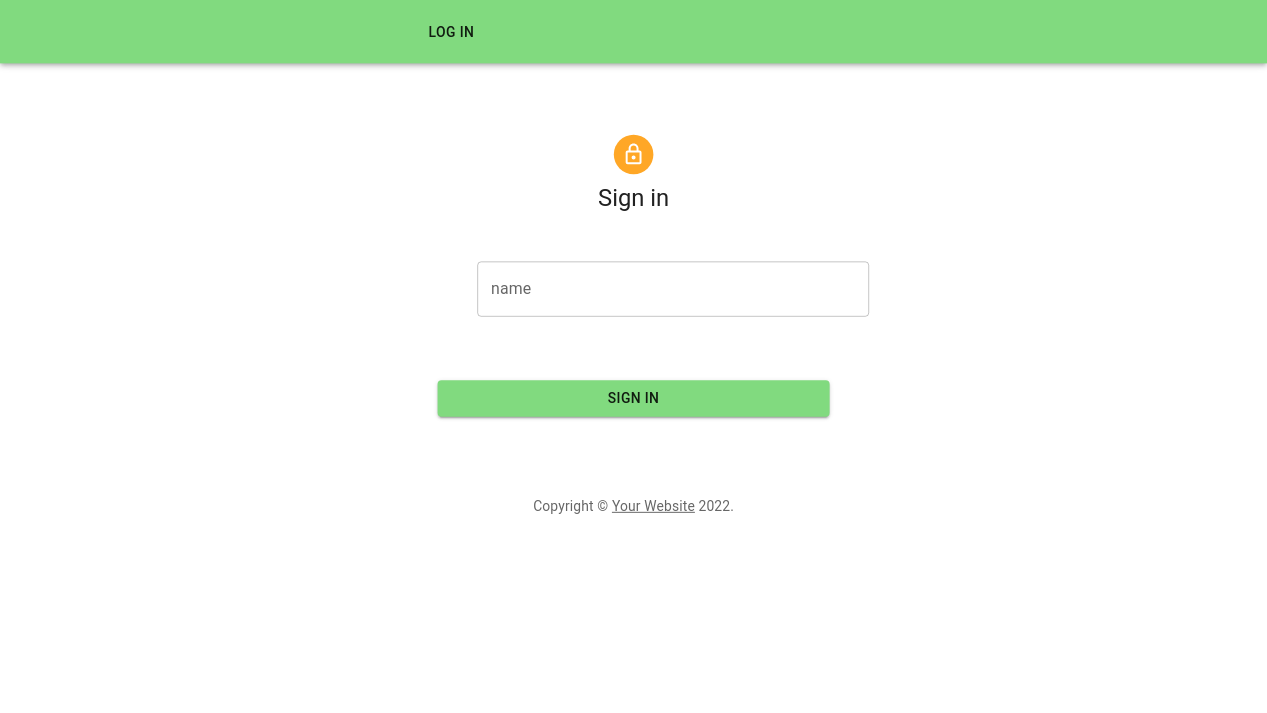
Repository: motohiro0410/motsufood
Page: /signin (app in frontend/)
An editor plug-in stored every save of this project. The page is shown before and after the next save, followed by the edit.
The browser window is 1280 px wide. The pictures show the whole page, at 99% of full size.
The project was rebuilt for these pictures with package versions that can differ from the ones it lists, and the page was loaded fresh each time. Also part of the build but not shown: frontend/src/components/pages/Login.tsx, frontend/src/components/organisms/Footer.tsx, frontend/src/components/organisms/MainHeader.tsx, frontend/src/components/organisms/UserDetailModal.tsx, frontend/src/apis/useCreateCount.ts, frontend/src/components/pages/Count.tsx, frontend/src/components/pages/Money.tsx, frontend/src/components/organisms/GroupHeader.tsx and 8 more.

Above is the page before, as saved 2022-08-21 23:40:53.

### frontend/src/App.tsx
import { BrowserRouter } from "react-router-dom";

import { Router } from "./router/Router";
import { ThemeProvider } from '@mui/system';
import { theme } from './theme/theme';

import { AdapterDateFns } from '@mui/x-date-pickers/AdapterDateFns';
import { LocalizationProvider } from '@mui/x-date-pickers/LocalizationProvider';
import { HeaderProvider } from "./providers/HeaderProvider"

function App() {
  return (
    <LocalizationProvider dateAdapter={AdapterDateFns}>
      <ThemeProvider theme={theme}>
        <HeaderProvider>
          <BrowserRouter>
            <Router />
          </BrowserRouter>
        </HeaderProvider>
      </ThemeProvider>
    </LocalizationProvider>
  );
}

export default App;

### frontend/src/router/Router.tsx
import { FC, memo } from "react";
import { Switch, Route } from "react-router-dom";

import { Login } from "../components/pages/Login";
import { Count } from "../components/pages/Count";
import { Money } from "../components/pages/Money";
import { Users } from "../components/pages/Users";
import { SignIn } from "../components/pages/SignIn";
import { Page404 } from "../components/pages/Page404";
import { UserEdit } from "../components/pages/UserEdit"
import { InputFoodExpence } from "../components/pages/InputFoodExpence"

export const Router: FC = memo(() => {
  return (
    <Switch>
      <Route exact path="/">
        <Login />
      </Route>
      <Route path="/signin">
        <SignIn />
      </Route>
      <Route path="/users"
        render={({match})=>(
          <Switch>
            <Route exact path="/users" component={Users} />
            <Route path="/users/:id/edit" component={UserEdit} />
            <Route path="/users/:userId/count" component={Count} />
            <Route path="/users/:userId/money" component={Money} />
            <Route path="/users/:userId/input" component={InputFoodExpence} />
          </Switch>
        )}
      />
      <Route path="*">
        <Page404 />
      </Route>
    </Switch>
  )
})

### frontend/src/theme/theme.ts
import { createTheme } from "@mui/material"

export const theme = createTheme({
  palette: {
    primary: {
      main: "#81da7f"
    }
  }
});

### frontend/src/providers/HeaderProvider.tsx
import { createContext } from "react";

export const HeaderContext = createContext<Context[]>({} as Context[]);

export type Context = {
  title: string;
}

export const HeaderProvider = (props: any) => {
  const { children } = props;
  const contextName: Context[] = [
    {title: "ホーム"},
    {title: "食費入力"},
    {title: "支払い"},
    {title: "ユーザー編集"},
  ]



  return (
    <HeaderContext.Provider value={contextName}>
      {children}
    </HeaderContext.Provider>
  )
}

### frontend/src/components/pages/SignIn.tsx
import { useState } from 'react';

import Box from '@mui/material/Box';
import Button from '@mui/material/Button';
import Avatar from '@mui/material/Avatar';
import CssBaseline from '@mui/material/CssBaseline';
import TextField from '@mui/material/TextField';
import Link from '@mui/material/Link';
import LockOutlinedIcon from '@mui/icons-material/LockOutlined';
import Typography from '@mui/material/Typography';
import Container from '@mui/material/Container';
import InputLabel from '@mui/material/InputLabel';
import FormControl from '@mui/material/FormControl';
import OutlinedInput from '@mui/material/OutlinedInput';
import InputAdornment from '@mui/material/InputAdornment';

import { SignInHeader } from '../organisms/SignInHeader';
import { useCreateUser } from '../../apis/useCreateUser';

function Copyright(props: any) {
  return (
    <Typography variant="body2" color="text.secondary" align="center" {...props}>
      {'Copyright © '}
      <Link color="inherit" href="https://mui.com/">
        Your Website
      </Link>{' '}
      {new Date().getFullYear()}
      {'.'}
    </Typography>
  );
}

export const SignIn = () => {

  // ヘッダーボタンの出しわけ
  const [login, setLogin] = useState(false);

  const { handleSubmit, createUser } = useCreateUser();

  return (
      <>
        <SignInHeader login={login}/>
        <Container component="main" maxWidth="xs">
          <CssBaseline />
          <Box
            sx={{
              marginTop: 8,
              display: 'flex',
              flexDirection: 'column',
              alignItems: 'center',
            }}
          >
            <Avatar sx={{ m: 1, bgcolor: '#ffa726' }}>
              <LockOutlinedIcon />
            </Avatar>
            <Typography component="h1" variant="h5">
              Sign in
            </Typography>
            <Box component="form" onSubmit={handleSubmit} noValidate sx={{ mt: 1 }}>
              {/* <TextField
                margin="normal"
                required
                fullWidth
                id="name"
                label="name"
                name="name"
                autoComplete="name"
                autoFocus
              /> */}
              <FormControl fullWidth sx={{ m: 5 }}>
                <InputLabel htmlFor="outlined-adornment-amount">name</InputLabel>
                <OutlinedInput
                  id="outlined-adornment-amount"
                  label="name"
                  // value={}
                  // onChange={}
                  type="string"
                />
              </FormControl>
              <Button
                type="submit"
                fullWidth
                variant="contained"
                sx={{ mt: 3, mb: 2 }}
                onClick={createUser}
              >
                sign In
              </Button>
            </Box>
          </Box>
          <Copyright sx={{ mt: 8, mb: 4 }} />
        </Container>
     </>
  );
}

### frontend/src/components/organisms/SignInHeader.tsx
import { FC } from "react";
import {useHistory} from "react-router-dom";

import AppBar from '@mui/material/AppBar';
import Box from '@mui/material/Box';
import Toolbar from '@mui/material/Toolbar';
import Button from '@mui/material/Button';

type Props = {
  login: boolean;
}

export const SignInHeader: FC<Props> = (props) => {

  const history = useHistory();
  const onClickSignIn = () => history.push("/signin")
  const onClickLogIn = () => history.push("/")

  const { login } = props;

  return login?(
    <Box>
      <AppBar position="static" >
        <Toolbar sx={{ ml: 50 }}>
          <Button variant="text" color="inherit" onClick={onClickSignIn}>Sign in</Button>
        </Toolbar>
      </AppBar>
    </Box>
  ) : (
    <Box>
      <AppBar position="static" >
       <Toolbar sx={{ ml: 50 }}>
         <Button variant="text" color="inherit" onClick={onClickLogIn}>Log in</Button>
        </Toolbar>
      </AppBar>
    </Box>
  )
}

### frontend/src/apis/useCreateUser.tsx
import axios from 'axios';
import { useCallback, useState } from 'react';
import { useHistory } from 'react-router-dom';

import { userCreate } from '../urls/Url'
import { User } from '../types/Types'


export const useCreateUser = () => {

  const [data, setData] = useState({});

  const handleSubmit = (event: React.FormEvent<HTMLFormElement>) => {
    event.preventDefault();
    const data = new FormData(event.currentTarget);
    console.log (data)
    setData(data);
    // console.log({
    //   email: data.get('email'),
    //   password: data.get('password'),
    // })
  };

  const [loading, setLoading] = useState(false)
  const [user, setUser] = useState<User>({} as User)

  const history = useHistory();

  const createUser = useCallback(() => {
    setLoading(true)
    axios.post<User>(userCreate)
      .then(res => {
        console.log(res.data)
        // setUser(res.data)
        history.push("/users")
      })
      // 本来はバリデーションエラーメッセージなどを表示
      .catch((e) => alert("ユーザー作成に失敗しました")
      )
      .finally(() => setLoading(false))
    }, []);

    return { handleSubmit, createUser, setLoading, loading, user }
}

### frontend/src/urls/Url.ts
export const DEFAULT_API_LOCALHOST = 'http://localhost:3000/api/v1'

export const usersIndex = `${DEFAULT_API_LOCALHOST}/users`
export const userEdit = (id: string) => `${DEFAULT_API_LOCALHOST}/users/${id}/edit`
export const userDestroy = (id: string) => `${DEFAULT_API_LOCALHOST}/users/${id}`
export const userCreate = `${DEFAULT_API_LOCALHOST}/users`
export const userUpdate = (id: string) => `${DEFAULT_API_LOCALHOST}/users/${id}`
export const moneyCreate = (userId: number) => `${DEFAULT_API_LOCALHOST}/users/${userId}/money`
export const notEatingCountCreate = (userId: number) => `${DEFAULT_API_LOCALHOST}/users/${userId}/count`
export const inputCreate = (userId: number) => `${DEFAULT_API_LOCALHOST}/users/${userId}/input`

Loaded but not shown: frontend/public/index.html (common file); frontend/src/index.tsx (common file); frontend/src/index.css (common file); frontend/src/reportWebVitals.ts (common file)

After the next save:
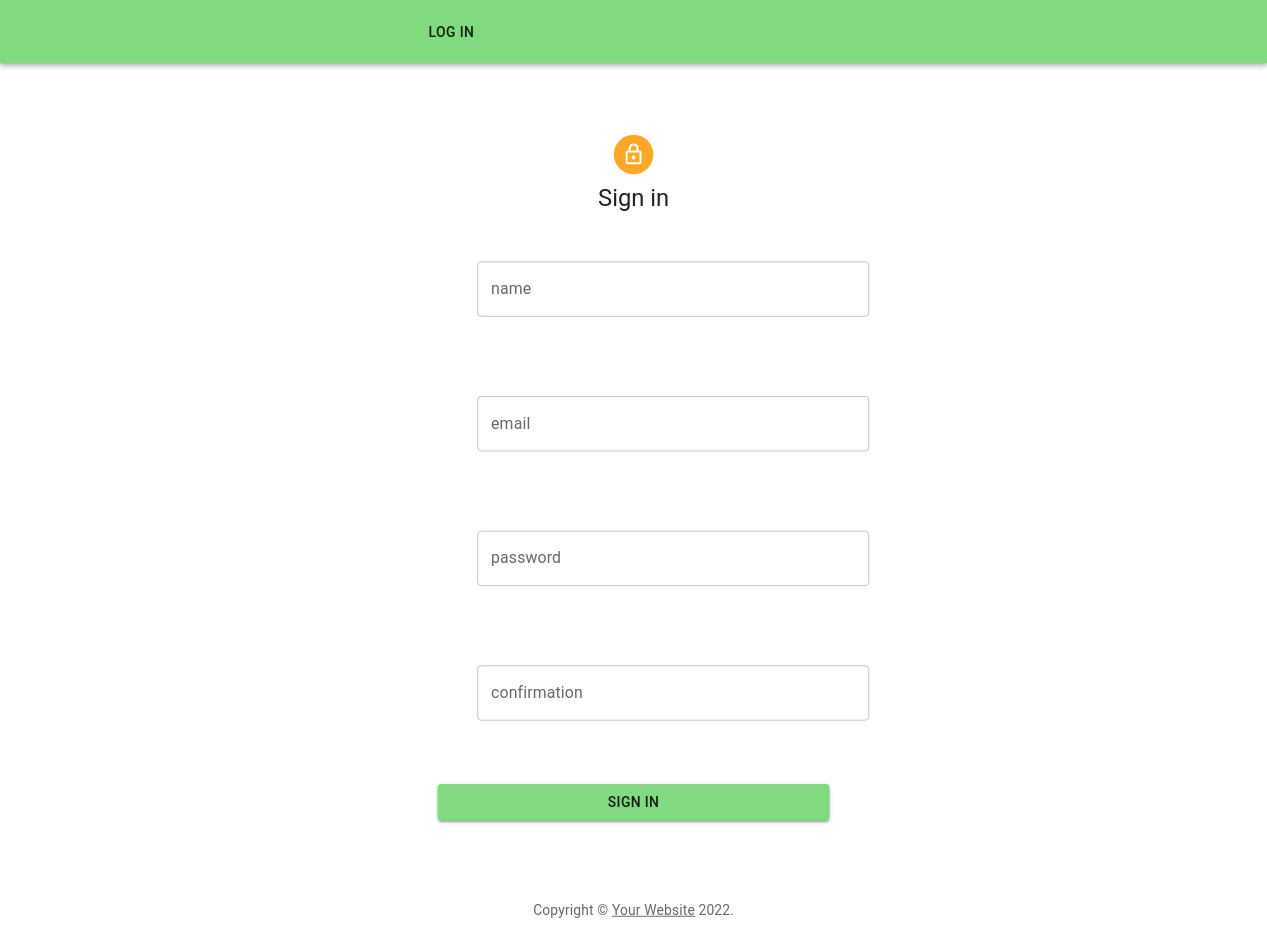
Saved 76 s later.
--- a/frontend/src/components/pages/SignIn.tsx
+++ b/frontend/src/components/pages/SignIn.tsx
@@ -77,6 +77,36 @@ export const SignIn = () => {
                   type="string"
                 />
               </FormControl>
+              <FormControl fullWidth sx={{ m: 5 }}>
+                <InputLabel htmlFor="outlined-adornment-amount">email</InputLabel>
+                <OutlinedInput
+                  id="outlined-adornment-amount"
+                  label="email"
+                  // value={}
+                  // onChange={}
+                  type="string"
+                />
+              </FormControl>
+              <FormControl fullWidth sx={{ m: 5 }}>
+                <InputLabel htmlFor="outlined-adornment-amount">password</InputLabel>
+                <OutlinedInput
+                  id="outlined-adornment-amount"
+                  label="password"
+                  // value={}
+                  // onChange={}
+                  type="string"
+                />
+              </FormControl>
+              <FormControl fullWidth sx={{ m: 5 }}>
+                <InputLabel htmlFor="outlined-adornment-amount">confirmation</InputLabel>
+                <OutlinedInput
+                  id="outlined-adornment-amount"
+                  label="confirmation"
+                  // value={}
+                  // onChange={}
+                  type="string"
+                />
+              </FormControl>
               <Button
                 type="submit"
                 fullWidth
